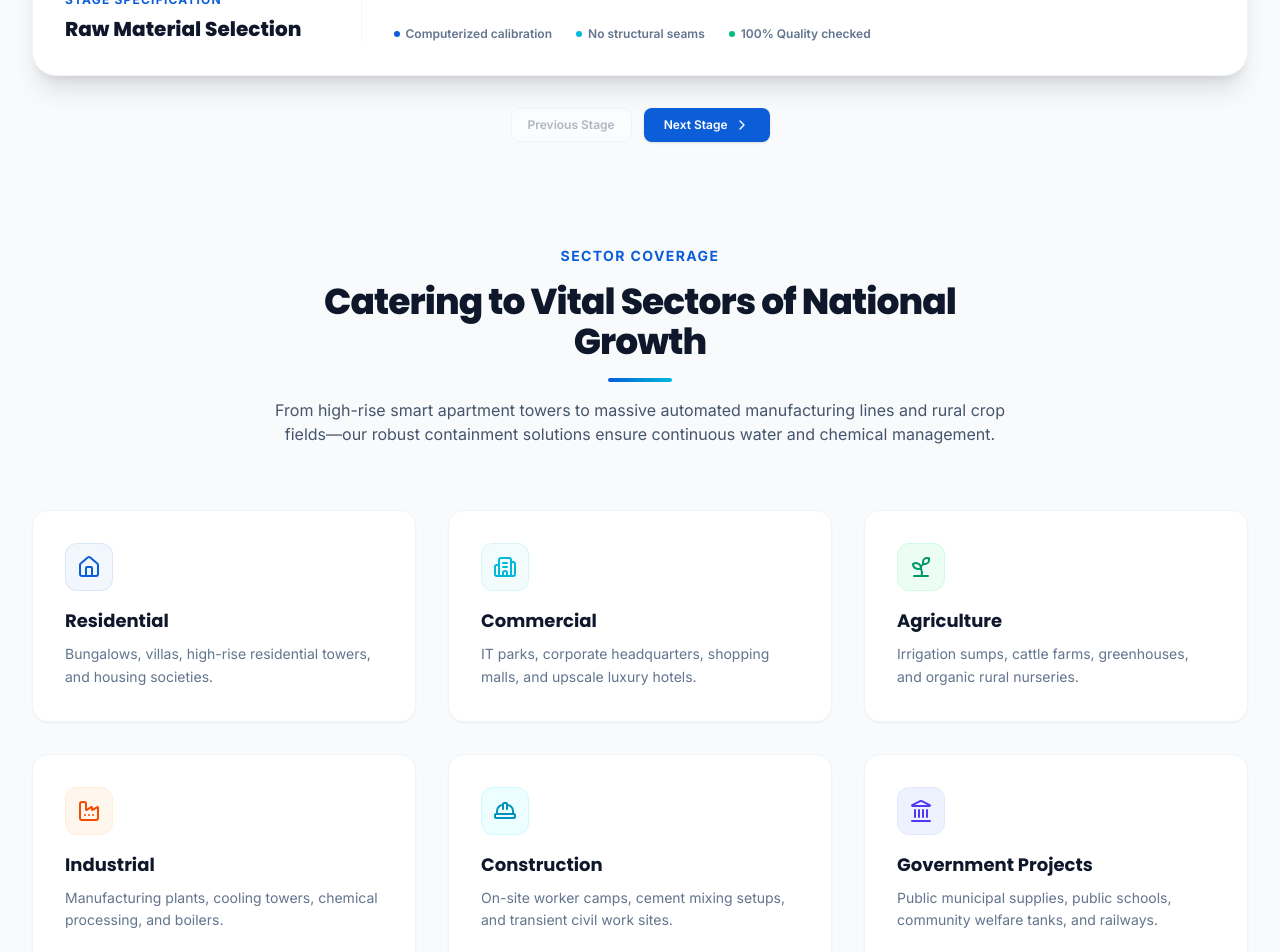
Repository: NikunjRajpara/TejasPlasto
Page: /
An editor plug-in stored every save of this project. The page is shown before and after the next save, followed by the edit.
The browser window is 1280 px wide. The pictures show the part of the page from y = 4622 to 5574 px (the page is 9637 px tall before and 8918 px after).
Pictures or frames that could not be fetched are drawn as grey boxes. The project was rebuilt for these pictures with package versions that can differ from the ones it lists, and the page was loaded fresh each time. Also part of the build but not shown: vite.config.js, src/components/Certifications.jsx, src/components/QuoteModal.jsx.

Above is the page before, as saved 2026-07-08 17:53:05.

After the next save:
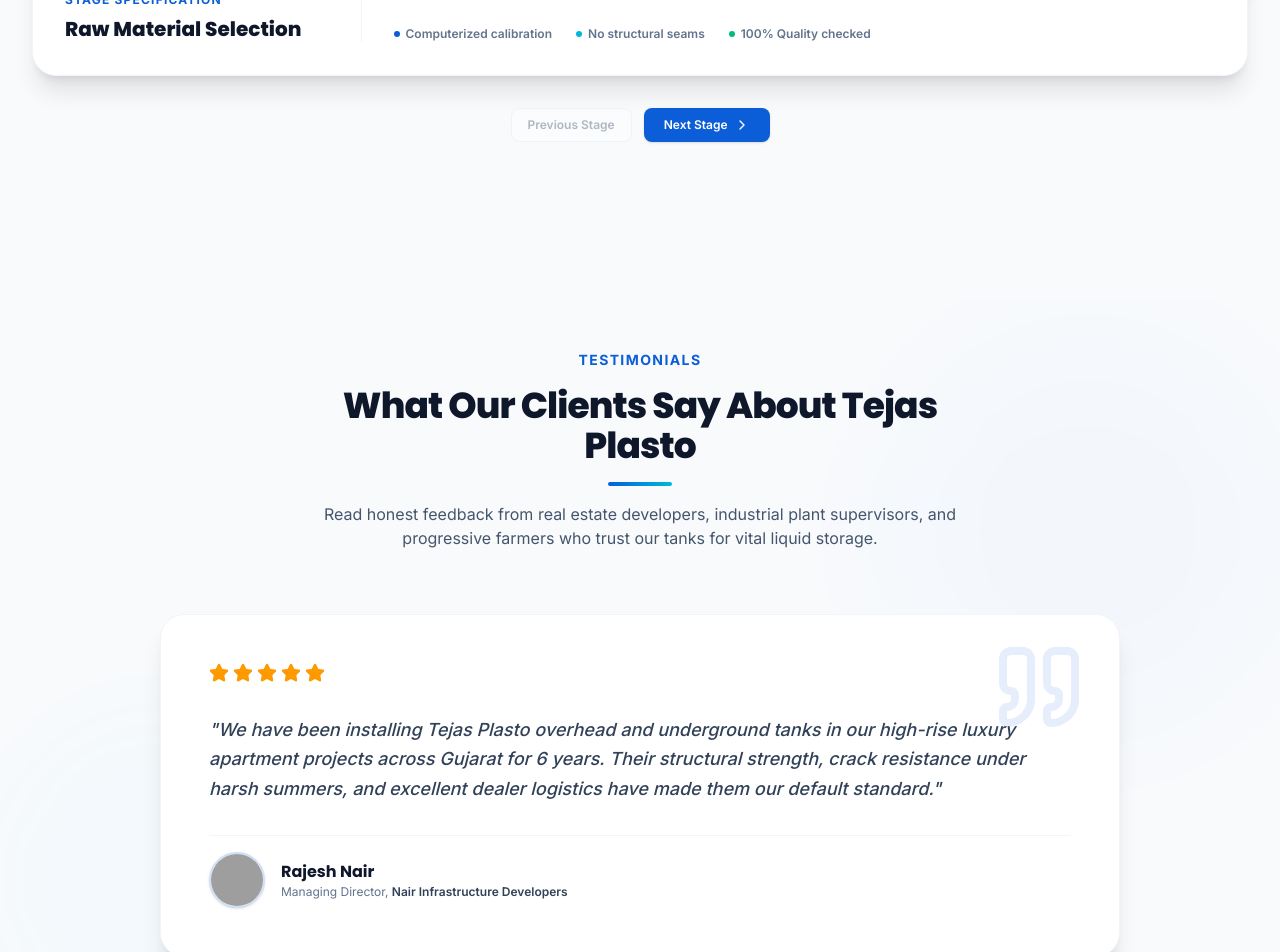
Saved 101 s later.
--- a/src/components/IndustriesServed.jsx
+++ b/src/components/IndustriesServed.jsx
@@ -32,52 +32,7 @@
     <section id="industries" className="py-13 bg-slate-50 relative overflow-hidden">
       <div className="max-w-7xl mx-auto px-4 sm:px-6 lg:px-8 relative z-10">
 
-        {/* Section Header */}
-        <div className="text-center max-w-3xl mx-auto mb-16 space-y-4">
-          <span className="text-sm font-bold text-primary uppercase tracking-widest block">SECTOR COVERAGE</span>
-          <h2 className="text-3xl sm:text-4xl font-display font-extrabold text-slate-900 tracking-tight">
-            Catering to Vital Sectors of National Growth
-          </h2>
-          <div className="w-16 h-1 bg-gradient-to-r from-primary to-secondary mx-auto rounded" />
-          <p className="text-slate-600">
-            From high-rise smart apartment towers to massive automated manufacturing lines and rural crop fields—our robust containment solutions ensure continuous water and chemical management.
-          </p>
         </div>
-
-        {/* Sector Grid */}
-        <div className="grid grid-cols-1 sm:grid-cols-2 lg:grid-cols-3 gap-8" id="industries-grid">
-          {INDUSTRIES.map((ind, index) => (
-            <motion.div
-              key={ind.name}
-              initial={{ opacity: 0, y: 15 }}
-              whileInView={{ opacity: 1, y: 0 }}
-              viewport={{ once: true, margin: '-40px' }}
-              transition={{ delay: index * 0.05, duration: 0.4 }}
-              className="bg-white border border-slate-100 p-8 rounded-2xl shadow-xs hover:shadow-xl hover:border-slate-100 transition-all group relative flex flex-col justify-between"
-            >
-              <div className="space-y-4">
-                {/* Icon Circle */}
-                <div className={`w-12 h-12 rounded-xl flex items-center justify-center border ${getAccentBg(ind.icon)} group-hover:scale-110 transition-transform`}>
-                  {getIcon(ind.icon)}
-                </div>
-
-                <div className="space-y-2">
-                  <h3 className="font-display font-bold text-slate-900 text-lg">
-                    {ind.name}
-                  </h3>
-                  <p className="text-xs sm:text-sm text-slate-500 leading-relaxed">
-                    {ind.description}
-                  </p>
-                </div>
-              </div>
-
-              {/* Bottom decorative anchor tag */}
-
-            </motion.div>
-          ))}
-        </div>
-
-      </div>
     </section>
   );
 }

After the save that followed:
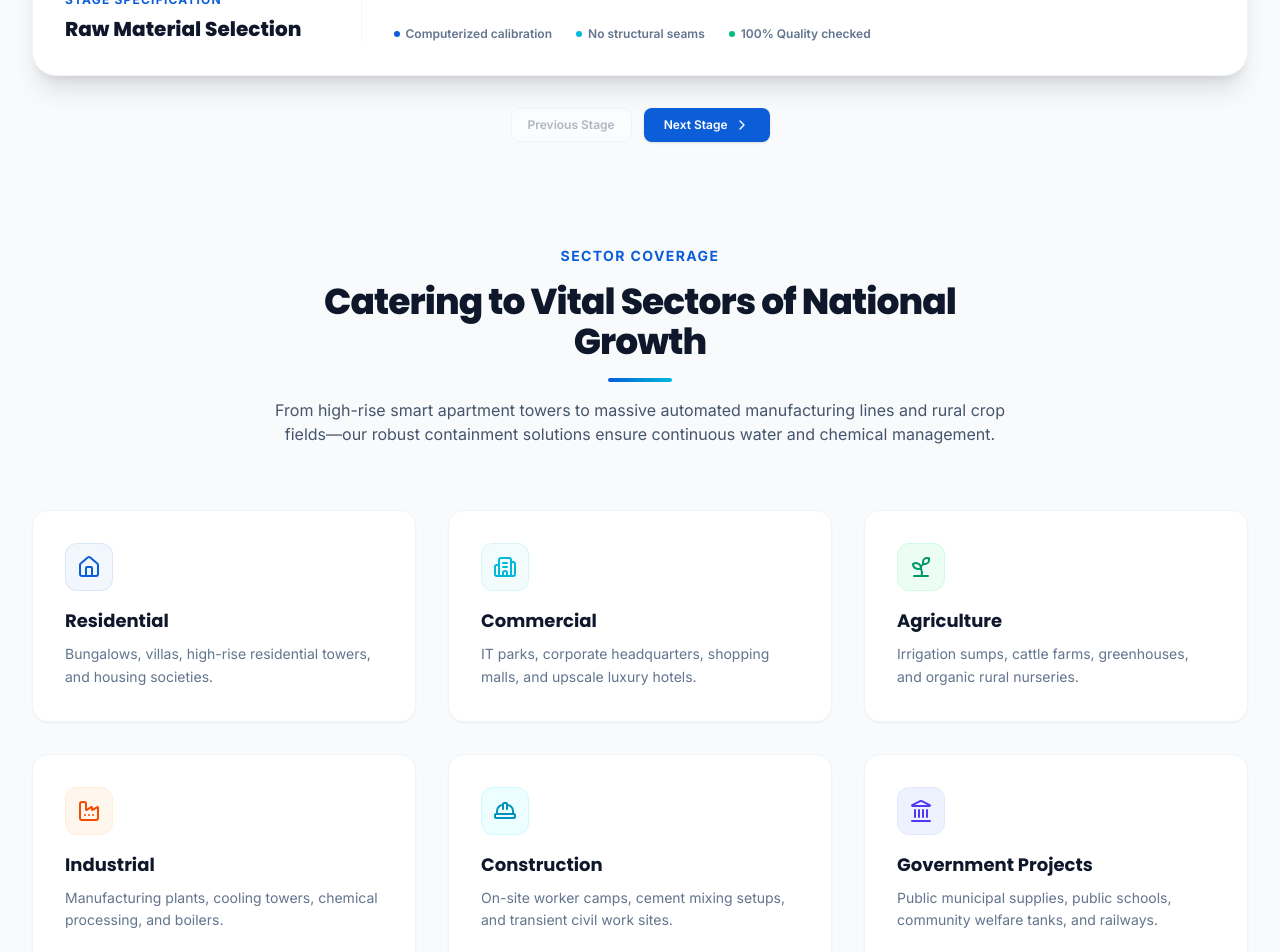
Saved 12 s later.
--- a/src/components/IndustriesServed.jsx
+++ b/src/components/IndustriesServed.jsx
@@ -32,7 +32,52 @@
     <section id="industries" className="py-13 bg-slate-50 relative overflow-hidden">
       <div className="max-w-7xl mx-auto px-4 sm:px-6 lg:px-8 relative z-10">
 
+        {/* Section Header */}
+        <div className="text-center max-w-3xl mx-auto mb-16 space-y-4">
+          <span className="text-sm font-bold text-primary uppercase tracking-widest block">SECTOR COVERAGE</span>
+          <h2 className="text-3xl sm:text-4xl font-display font-extrabold text-slate-900 tracking-tight">
+            Catering to Vital Sectors of National Growth
+          </h2>
+          <div className="w-16 h-1 bg-gradient-to-r from-primary to-secondary mx-auto rounded" />
+          <p className="text-slate-600">
+            From high-rise smart apartment towers to massive automated manufacturing lines and rural crop fields—our robust containment solutions ensure continuous water and chemical management.
+          </p>
         </div>
+
+        {/* Sector Grid */}
+        <div className="grid grid-cols-1 sm:grid-cols-2 lg:grid-cols-3 gap-8" id="industries-grid">
+          {INDUSTRIES.map((ind, index) => (
+            <motion.div
+              key={ind.name}
+              initial={{ opacity: 0, y: 15 }}
+              whileInView={{ opacity: 1, y: 0 }}
+              viewport={{ once: true, margin: '-40px' }}
+              transition={{ delay: index * 0.05, duration: 0.4 }}
+              className="bg-white border border-slate-100 p-8 rounded-2xl shadow-xs hover:shadow-xl hover:border-slate-100 transition-all group relative flex flex-col justify-between"
+            >
+              <div className="space-y-4">
+                {/* Icon Circle */}
+                <div className={`w-12 h-12 rounded-xl flex items-center justify-center border ${getAccentBg(ind.icon)} group-hover:scale-110 transition-transform`}>
+                  {getIcon(ind.icon)}
+                </div>
+
+                <div className="space-y-2">
+                  <h3 className="font-display font-bold text-slate-900 text-lg">
+                    {ind.name}
+                  </h3>
+                  <p className="text-xs sm:text-sm text-slate-500 leading-relaxed">
+                    {ind.description}
+                  </p>
+                </div>
+              </div>
+
+              {/* Bottom decorative anchor tag */}
+
+            </motion.div>
+          ))}
+        </div>
+
+      </div>
     </section>
   );
 }
